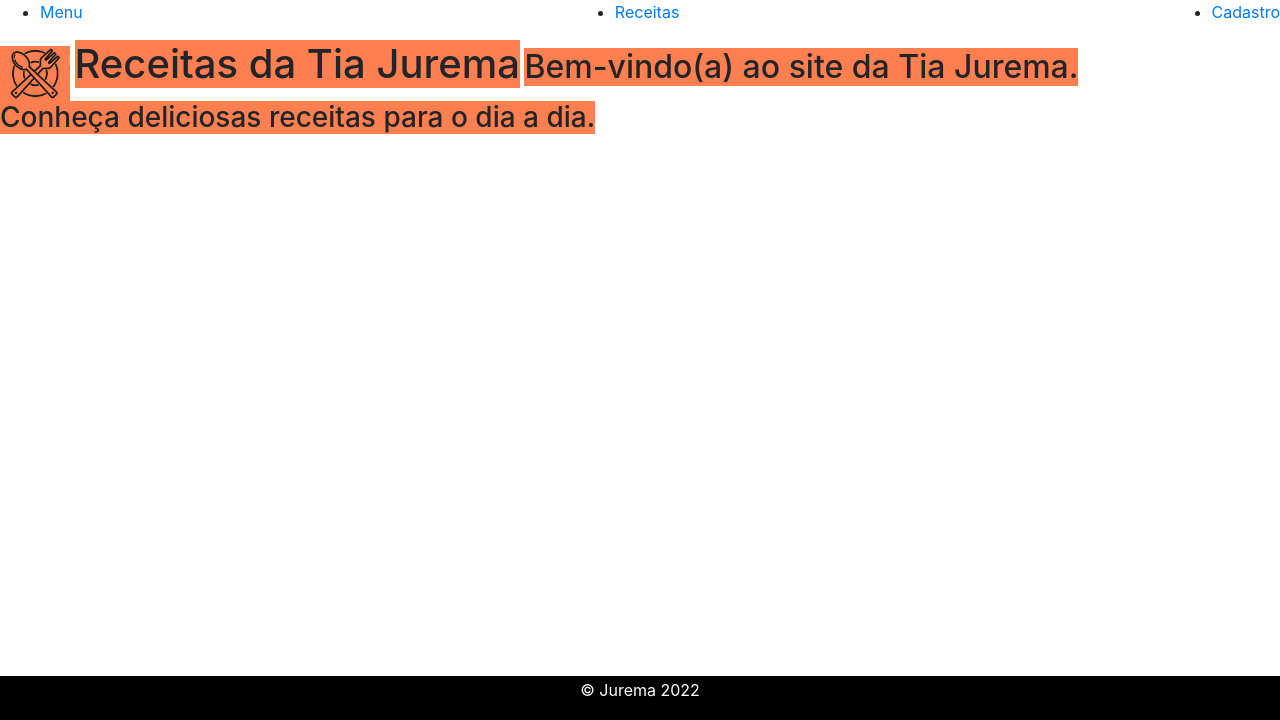
Repository: devropaes/RECEITAS
Page: OneDrive/Área de Trabalho/Estudos/Estácio/receitas/menu.html
These files come from the project's save history. The page is drawn as it stood at one moment and after the next save; the edit follows.
The browser window is 1280 px wide. The pictures show the whole page.
Some web libraries are served in a nearby version.

Above is the page before, as saved 2024-03-11 22:30:07.

After the next save:
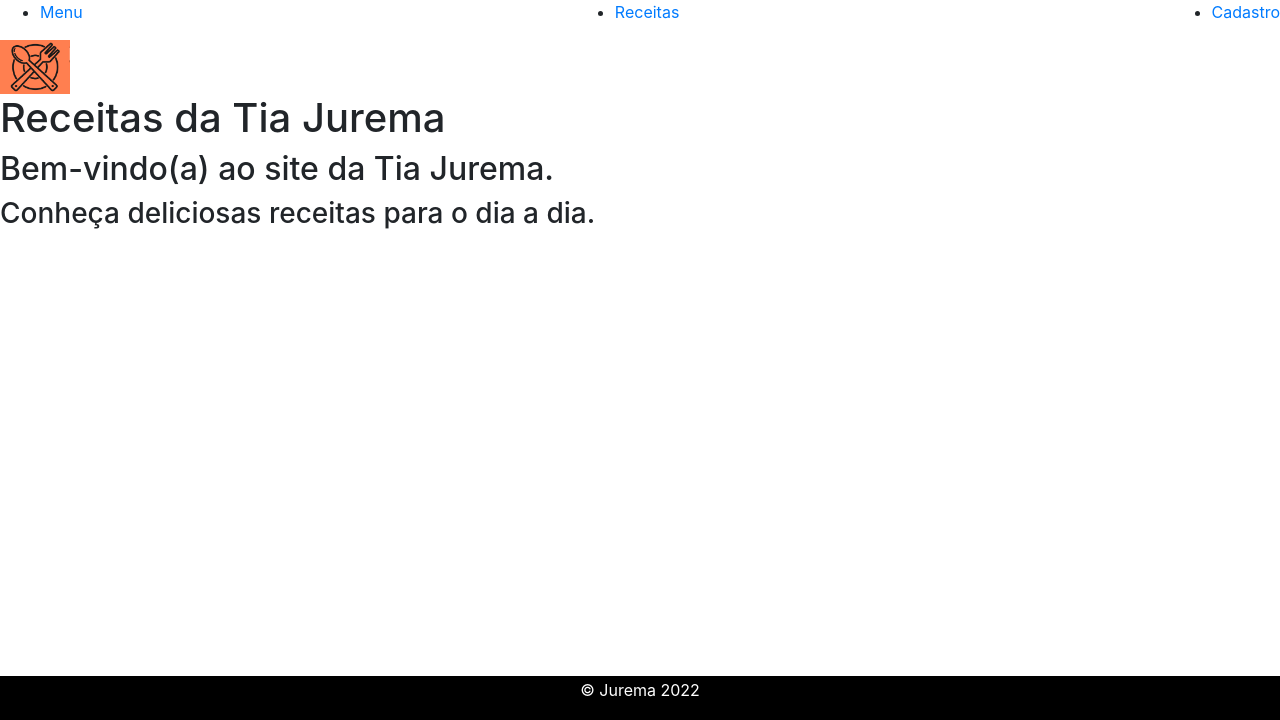
Saved 53 s later.
--- a/OneDrive/Área de Trabalho/Estudos/Estácio/receitas/menu.css
+++ b/OneDrive/Área de Trabalho/Estudos/Estácio/receitas/menu.css
@@ -1,14 +1,10 @@
 img {
     width: 70px;
-}
-
-img, h1,h2,h3 {
     background-color: #ff7f50;
     background-position: 10%;
     display:inline-block
+}
 
-
-}
 body {
     background-color:#ff7f50;
     font-family: Arial, Helvetica, sans-serif;
